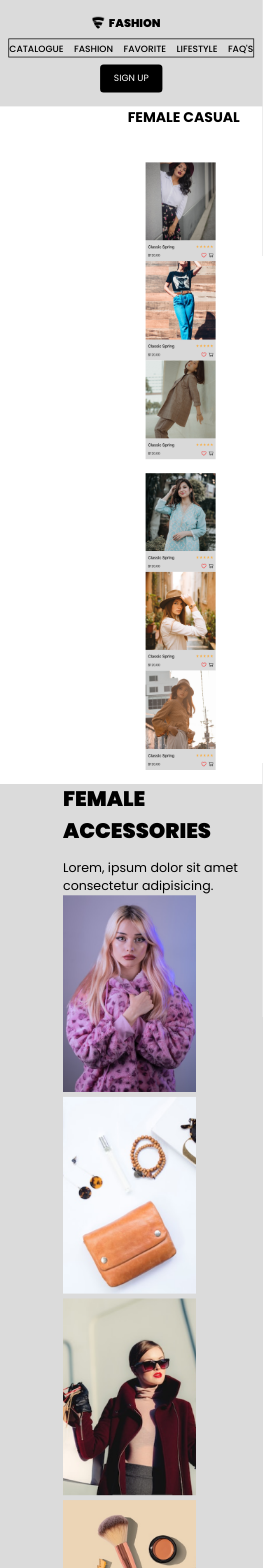
Repository: isaacCodes1/My-Project
Page: lifestyle.html
The author's editor kept a copy of each file at every save. The page is drawn from the files as they stood at one save, then again after a run of saves.
The browser window is 375 px wide. The pictures show the part of the page from y = 0 to 2240 px (the page is 3007 px tall), at 70% of full size.

Above is the page before, as saved 2024-03-21 18:28:37.

After the next 2 saves:
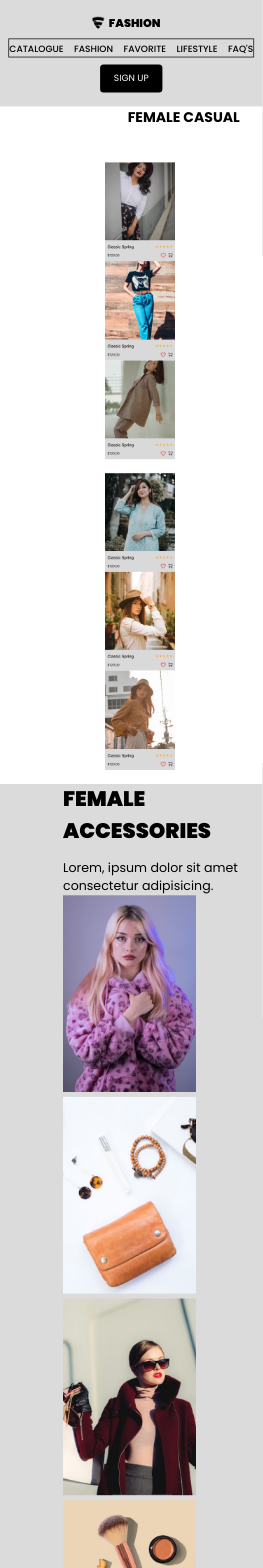
The 2 saves are shown as one change because they came seconds apart.
The last was saved 7 s later.
--- a/Media query.css
+++ b/Media query.css
@@ -159,8 +159,8 @@
   .featuredImg {
     display: flex;
     flex-direction: column;
-    align-items: center;
-    justify-content: center;
+    /* align-items: center; */
+    /* justify-content: center; */
   }
   .featuredImg img {
     width: 100px;
